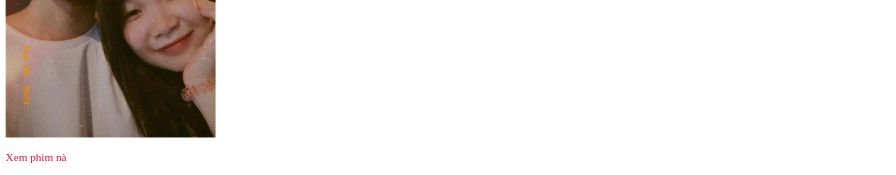
Repository: Hanhanh06/0907
Page: code/0908.html
An editor plug-in stored every save of this project. The page is shown before and after a run of saves, followed by the edit.
The browser window is 1280 px wide. The pictures show the part of the page from y = 2299 to 4219 px (the page is 2549 px tall before and 5378 px after), at 70% of full size.

Above is the page before, as saved 2023-08-09 21:45:26.

After the next 4 saves:
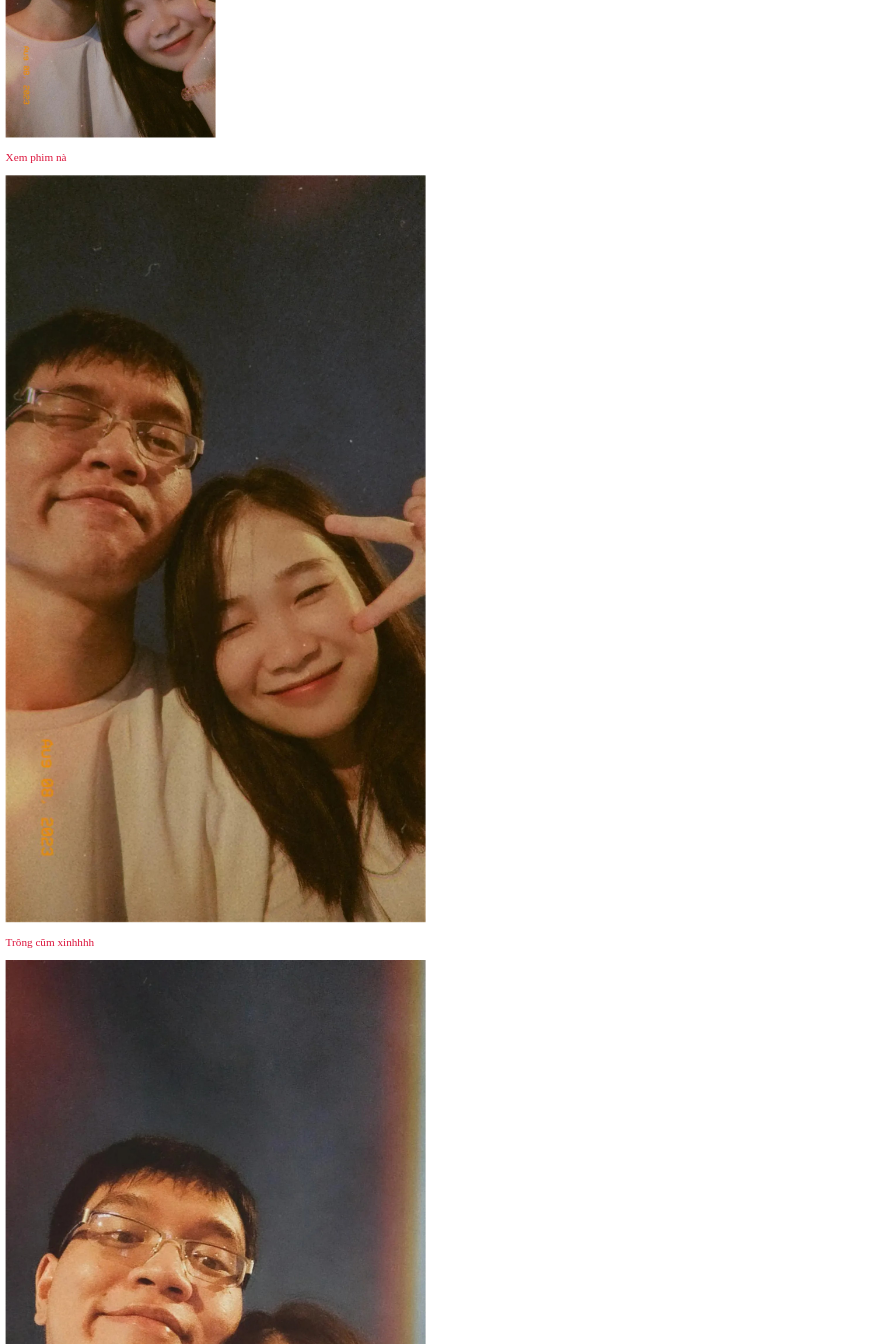
The 4 saves are shown as one change because they came seconds apart.
The last was saved 15 s later.
--- a/code/0908.html
+++ b/code/0908.html
@@ -41,6 +41,12 @@
        <p style="color: crimson;font-size: 16px;"> Ảnh nè ở Royal nè</p>
        <img src="004.jpg" alt="Hình ảnh không tồn tại" width="300px">
        <p style="color: crimson;font-size: 16px;"> Xem phim nà </p>
+       <img src="005.jpg" alt="Hình ảnh không tồn tại" width="600px">
+       <p style="color: crimson;font-size: 16px;"> Trông cũm xinhhhh </p>
+       <img src="006.jpg" alt="Hình ảnh không tồn tại" width="600px">
+       <p style="color: crimson;font-size: 16px;"> Ảnh nè ở Royal nè</p>
+       <img src="007.jpg" alt="Hình ảnh không tồn tại" width="300px">
+       <p style="color: crimson;font-size: 16px;"> Xem phim nà </p>
 
 
 </body>
